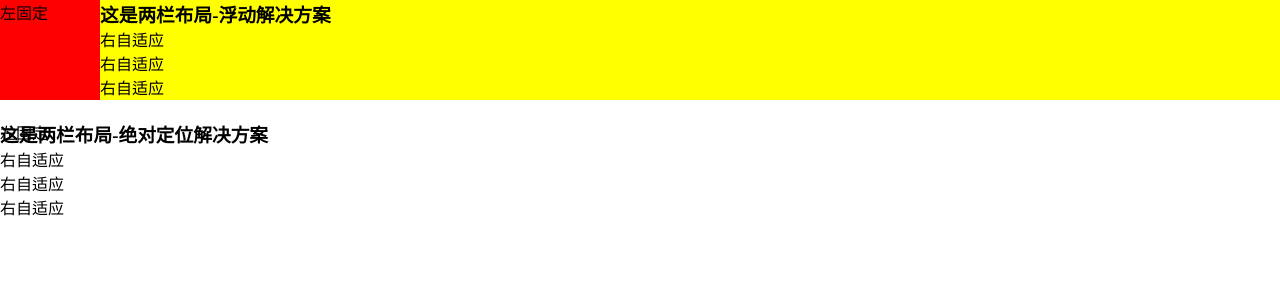
Repository: Qianfane/Blog
Page: 面试相关/测试/2-1、两栏布局-左固定右自适应.html
An editor plug-in stored every save of this project. The page is shown before and after the next save, followed by the edit.
The browser window is 1280 px wide. The pictures show the whole page.

Above is the page before, as saved 2022-01-03 16:05:51.

After the next save:
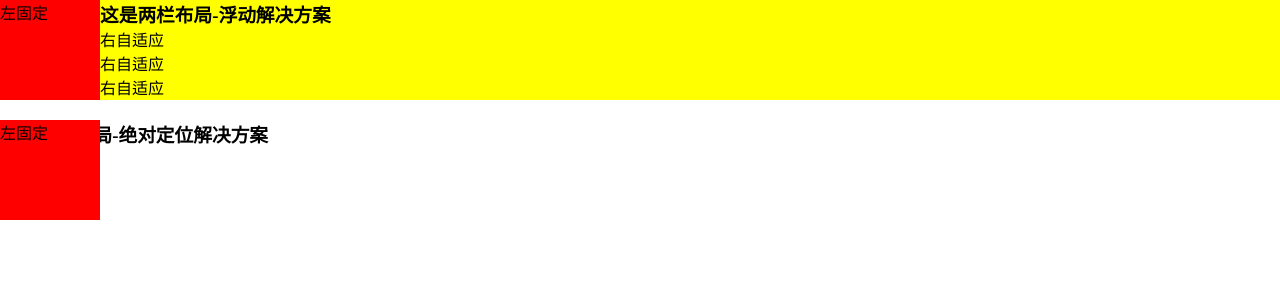
Saved 7 s later.
--- a/面试相关/测试/2-1、两栏布局-左固定右自适应.html
+++ b/面试相关/测试/2-1、两栏布局-左固定右自适应.html
@@ -54,7 +54,8 @@
             .layout.absolute .left {
                 position: absolute;
 
-
+                width: 100px;
+                background: red;
             }
         </style>
         <article class="left-right">
